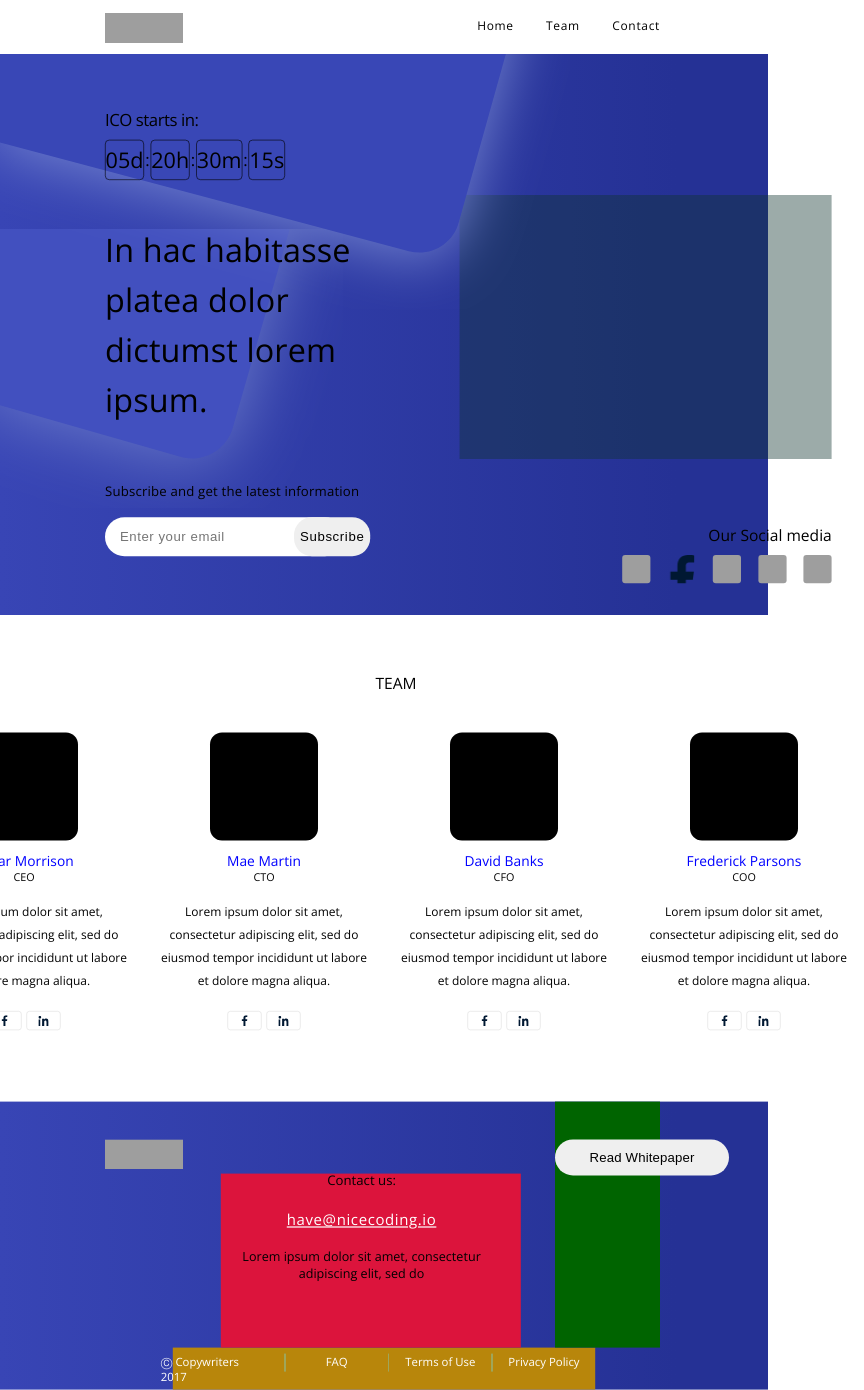
Repository: McGregorSt/newOne
Page: index.html
These files come from the project's save history. The page is drawn as it stood at one moment and after the next save; the edit follows.
The browser window is 1280 px wide. The page is 1440 px wide, so the pictures cover 1440 px, including what lies to the right of the window. The pictures show the whole page, at 60% of full size.
Pictures or frames that could not be fetched are drawn as grey boxes.

Above is the page before, as saved 2019-12-16 11:04:50.

### index.html
<!DOCTYPE html>
<html lang="en">
<head>
  <meta charset="UTF-8">
  <meta name="viewport" content="width=device-width, initial-scale=1.0">
  <meta http-equiv="X-UA-Compatible" content="ie=edge">
  <link rel="stylesheet" href="css/style.css">
  <link href="https://fonts.googleapis.com/css?family=Open+Sans:300,300i,400,400i,600,600i,700,700i,800,800i&display=swap" rel="stylesheet">
  <title>Ethworks</title>
</head>
<body>
  <div class="container">
    <section class="header">
      <div class="header__logo"></div>
      <ul class="header__menu">
        <li class="header__menu__item">Home</li>
        <li class="header__menu__item">Team</li>
        <li class="header__menu__item">Contact</li>
      </ul>
    </section>
    <section class="main">
      <div class="wrapper">
        <div class="subs">
          <div class="subs__timer">
            <span class="subs__timer__header">ICO starts in:</span>
            <div class="subs__timer__global">
              <div class="subs__timer__item">05d</div>
              <div class="subs__timer__item">:</div>
              <div class="subs__timer__item">20h</div>
              <div class="subs__timer__item">:</div>
              <div class="subs__timer__item">30m</div>
              <div class="subs__timer__item">:</div>
              <div class="subs__timer__item">15s</div>
            </div>
          </div>
          <div class="subs__article">In hac habitasse platea dolor dictumst lorem ipsum.</div>
          <div class="subs__email">
            <span class="subs__email__header">Subscribe and get the latest information</span>
            <div class="subs__email__content">
              <input type="email" class="subs__email__input" placeholder="Enter your email">
              <button type="submit" class="subs__email__button">Subscribe</button>
            </div>
          </div>
        </div>

      <div class="media">
        <div class="media__media">
          <div class="media__player"></div>
          <div class="media__social">
            <span class="media__social__header">Our Social media</span>
            <div class="media__social__items">
              <div class="media__social__tt"></div>
              <div class="media__social__fb"></div>
              <div class="media__social__md"></div>
              <div class="media__social__gh"></div>
              <div class="media__social__mail"></div>
            </div>
          </div>
        </div>
    </div>
    </div>
    <div class="subs__subs"></div>
    </section>
    <section class="team">
      <div class="team__header">TEAM</div>
      <div class="team__cards">
        <div class="team__card">
          <div class="team__card__photo"></div>
          <div class="team__card__name">Edgar Morrison</div>
          <div class="team__card__title">CEO</div>
          <div class="team__card__description">Lorem ipsum dolor sit amet, consectetur adipiscing elit, sed do eiusmod tempor incididunt ut labore et dolore magna aliqua. </div>
          <div class="team__card__social">
            <div class="card__social__fb"></div>
            <div class="card__social__in"></div>
          </div>
        </div>
        <div class="team__card">
          <div class="team__card__photo"></div>
          <div class="team__card__name">Mae Martin</div>
          <div class="team__card__title">CTO</div>
          <div class="team__card__description">Lorem ipsum dolor sit amet, consectetur adipiscing elit, sed do eiusmod tempor incididunt ut labore et dolore magna aliqua. </div>
          <div class="team__card__social">
            <div class="card__social__fb"></div>
            <div class="card__social__in"></div>
          </div>
        </div>
        <div class="team__card">
          <div class="team__card__photo"></div>
          <div class="team__card__name">David Banks</div>
          <div class="team__card__title">CFO</div>
          <div class="team__card__description">Lorem ipsum dolor sit amet, consectetur adipiscing elit, sed do eiusmod tempor incididunt ut labore et dolore magna aliqua.</div>
          <div class="team__card__social">
            <div class="card__social__fb"></div>
            <div class="card__social__in"></div>
          </div>
        </div>
        <div class="team__card">
          <div class="team__card__photo"></div>
          <div class="team__card__name">Frederick Parsons</div>
          <div class="team__card__title">COO</div>
          <div class="team__card__description">Lorem ipsum dolor sit amet, consectetur adipiscing elit, sed do eiusmod tempor incididunt ut labore et dolore magna aliqua.</div>
          <div class="team__card__social">
            <div class="card__social__fb"></div>
            <div class="card__social__in"></div>
          </div>
        </div>
      </div>
    </section>
    <section class="footer">
      <div class="footer__main">
        <div class="footer__main__logo"></div>
        <div class="footer__main__contact">
          <span>Contact us:</span>
          <span><a href="mailto:#">have@nicecoding.io</a></span>
          <span>Lorem ipsum dolor sit amet, consectetur adipiscing elit, sed do</span>
        </div>
        <div class="footer__main__whitepaper">
          <button type="submit" class="header__whitepaper__button">Read Whitepaper</button>
        </div>
      </div>
      <div class="footer__menu">
        <div class="footer__menu__item">
          <span>&#9400 Copywriters 2017</span>
        </div>
        <div class="footer__menu__separator"></div>
        <div class="footer__menu__item">
          <a href="#">FAQ</a>
        </div>
        <div class="footer__menu__separator"></div>
        <div class="footer__menu__item">
          <a href="#">Terms of Use</a>
        </div>
        <div class="footer__menu__separator"></div>
        <div class="footer__menu__item">
          <a href="#">Privacy Policy</a>
        </div>
      </div>
    </section>
  </div>
</body>
<script src="js/app.js">


</script>
</html>

### css/style.css
body {
  margin: 0;
  padding: 0;
  box-sizing: border-box;
  font-family: 'Open Sans', sans-serif;
  overflow-y: scroll;
}
/* section header */
.header {
  height: 95px;
  margin: auto;
  margin-top: -5px;
  display: flex;
  justify-content: space-between;
  align-items: center;
  padding: 0 180px;
}
.header__logo {
  width: 130px;
  height: 50px;
  background-image: url('../Assets/logo/dark.svg');
  background-size: cover;
  position: relative;
  left: -5px;
  top: 3px;
}
.header__menu {
  list-style: none;
  display: flex;
  letter-spacing: 1.1px;
  /* font-weight: 300; */
  /* justify-content: space-between; */
  font-size: 20px;
}
.header__menu__item {
  padding: 0 0 0 54px;
}

/* .wrapper {
  position: relative;
  z-index: 100;
} */
/* section main */
.main {
  height: 935px;

}
.main {
  /* background: rgb(56,69,181); */
  background: linear-gradient(90deg, rgba(56,69,181,1) 0%, rgba(37,49,149,1) 88%);

  /* background-image: url('../Assets/BG/Shape1@1x.svg');
  background-repeat: no-repeat;
  background-size: 75%;
  background-position-y: -95px;
  background-position-x: -10px;
  position: relative;
  z-index: 2; */
}
.wrapper {
  display: flex;
  position: relative;

}

.wrapper:after {
  content: "";
  width: 100%;
  height: 100%;
  background-image: url('../Assets/BG/Shape1@1x.svg');
  background-repeat: no-repeat;
  background-size: 75%;
  background-position-y: -95px;
  background-position-x: -10px;
  position: absolute;
  z-index: 10;
  /* filter: url('../Assets/BG/Shape1@1x.svg#filter-2')  */
}

.subs {

  width: 50%;
  font-size: 28px;
  display: flex;
  flex-direction: column;
  padding: 90px 0 60px 175px;
  position: relative;
  z-index: 99;
}
.subs__subs {
  /* width: 50%; */
  height: 800px;
  background-image: url('../Assets/BG/Shape2@1x.svg');
  background-size: 47%;
  top: -730px;
  left: -200px;
  background-position-y: -260px;
  background-position-x: 170px;
  background-repeat: no-repeat;
  position: relative;
  z-index: 1;
  /* filter: url('../Assets/BG/Shape2@1x.svg#filter-2') */
}
.subs__timer {
  /* background-color: thistle; */
  position: relative;
  z-index: 1;
}
.subs__timer__header {
  letter-spacing: -0.8px;
}
.subs__timer__global {
  width: 56.4%;
  display: flex;
  justify-content: space-between;
  padding: 15px 0 40px 0 ;
}
.subs__timer__item {
  width: 88px;
  height: 65px;
  display: flex;
  justify-content: center;
  align-items: center;
}
.subs__timer__item:nth-child(2n+2) {

}
.subs__timer__item:nth-child(2n+1) {
  width: 40%;
  border: 1px solid #000;
  font-size: 36px;
  border-radius: 7px;
}
.subs__article {
  font-size: 54px;
  letter-spacing: 0.2px;
  line-height: 83px;
  padding: 35px 0;
  /* background-color: wheat; */

}
.subs__email {
  /* background-color: yellow; */
  display: flex;
  flex-direction: column;
  font-size: 22px;
  letter-spacing: 0.3px;
  padding: 60px 0;
}
.subs__email__content {
  /* background-color: yellowgreen; */
  height: 100px;
  padding: 30px 0;
}
.subs__email__input {
  height: 63%;
  width: 70%;
  border-radius: 40px;
  font-size: 22px;
  padding-left: 25px;
  letter-spacing: 0.9px;
  outline: none;
  border: 0;
}
.subs__email__input::placeholder {
  /* padding-left: 25px; */
}
.subs__email__button {
  height: 65%;
  width: 24%;
  margin-left: -90px;
  font-size: 22px;
  letter-spacing: 1.05px;
  border: 0;
  border-radius: 30px;
}

.media {
  /* height: 80%; */
  width: 50%;
  /* background-color: tomato; */
}
.media__media {
  height: 100%;
  /* display: flex;
  flex-direction: column; */
  /* justify-content: space-around; */
  padding: 235px 0 0 60px;
}
.media__player {
  width: 620px;
  height: 440px;
  background-color: rgba(15, 51, 47, 0.411);
}
.media__social {
  width: 620px;
  height: 23%;
  display: flex;
  flex-direction: column;
  align-items: flex-end;
  justify-content: center;
  /* background-color: orangered; */
}
.media__social__header {
  font-size: 26px;
  padding: 80px 0 16px 0;

}
.media__social__items {
  width: 56.3%;
  display: flex;
  justify-content: space-between;
}
div.media__social__items > div {
  width: 47px;
  height: 47px;
  /* background-color: olivedrab; */
  border-radius: 5px;
}
.media__social__tt {
  background-image: url('../Assets/Social icons/Twitter@1x.svg');
  background-size: cover;
}
.media__social__fb {
  background-image: url('../Assets/Social icons/Facebook@1x.svg');
  background-size: cover;
}
.media__social__md {
  background-image: url('../Assets/Social icons/Medium@1x.svg');
  background-size: cover;
}
.media__social__gh {
  background-image: url('../Assets/Social icons/Github@1x.svg');
  background-size: cover;
}
.media__social__mail {
  background-image: url('../Assets/Social icons/Telegram@1x.svg');
  background-size: cover;
}


/*
section team
*/

.team {
  display: flex;
  flex-direction: column;
  align-items: center;
  padding: 95px 0 50px 0;
}
.team__header {
  font-size: 26px;
  position: relative;
  left: 20px;
}
.team__cards {
  display: flex;
  justify-content: space-between;
  padding: 60px 0;
}
.team__card {
  height: 500px;
  width: 360px;
  display: flex;
  flex-direction: column;
  justify-content: space-between;
  align-items: center;
  margin: 0 10px;
  /* background-color: palegreen; */
  padding: 5px 10px
}
.team__card__photo {
  width: 180px;
  height: 180px;
  border-radius: 20px;
  background-color: black;

}
.team__card__name {
  font-size: 23px;
  color: blue;
  /* position: relative;
  top: -10px; */
}
.team__card__title {
  font-size: 18px;
  position: relative;
  top: -20px;
}
.team__card__description {
  font-size: 20px;
  text-align: center;
  line-height: 38px;
  position: relative;
  top: -10px;
  padding: 0 5px;
}
.team__card__social {
  display: flex;
  justify-content: space-between;
}
.team__card__social > * {
  width: 55px;
  height: 30px;
  border: 1px solid #ddd;
  border-radius: 5px;
  margin: 4px;
}
.card__social__fb {
  background-image: url('../Assets//Profil/Facebook@1x.svg');
  background-position: center center;
  background-size:20%;

  background-repeat: no-repeat;
}
.card__social__in {
  background-image: url('../Assets//Profil/linkedin@1x.svg');
  background-position: center center;
  background-size:30%;
  background-repeat: no-repeat;

}




/*
section footer
*/

.footer {
  /* display: flex;
  flex-direction: column;
  align-items: center; */
  background: linear-gradient(90deg, rgba(56,69,181,1) 0%, rgba(37,49,149,1) 88%);
}
.footer__main {
  height: 410px;
  display: flex;
  justify-content: space-between;
  padding: 0 180px;
}

/* .footer__header {
  height: 123px;
  width: 100%;
  background-color: cornflowerblue;
  display: flex;
  justify-content: space-between;
  align-items: center;
} */
.footer__main__logo {
  width: 10%;
  margin-top: 60px;
  width: 130px;
  height: 50px;
  background-image: url('../Assets/logo/Light.svg');
  background-size: cover;
  position: relative;
  left: -5px;
  top: 3px;

}
.footer__main__contact {
  width: 500px;
  height: 290px;
  background-color: crimson;
  align-self: flex-end;
  display: flex;
  flex-direction: column;
  align-items: center;
}
.footer__main__whitepaper {
  width: 19%;
  background-color: darkgreen;
  padding-top: 33px;
}
.footer__menu {
  height: 60px;
  background-color: darkgoldenrod;
  width:55%;
  margin: auto;
  font-size: 19px;
  display: flex;
  justify-content: space-between;
  padding-top: 10px;
}
.header__whitepaper__button {
  height: 60px;
  width: 290px;
  font-size: 22px;
  letter-spacing: 0.25px;
  border: 0;
  border-radius: 30px;
  position: relative;
  top: 30px;
}
.footer__main__contact > span {
  margin-bottom: 40px;
  font-size: 22px;
  text-align: center;
  position: relative;
  top: -5px;
  left: -15px;
}
.footer__main__contact > span > a {
  font-size: 25px;
  color: #fff;
  letter-spacing: 1px;
  position: relative;
  top: -6px;
}
.footer__main__contact > span:last-child {
  font-size: 21px;
  top: -20px;
}
.footer__menu {

}
.footer__menu__item {
  width: 25%;
  display: flex;
  justify-content: center;
  color: #fff;
}
.footer__menu__item > a {
  text-decoration: none;
  color: #fff;
}
.footer__menu__item:first-child {
  padding-right: 35px;
  margin-left: -20px;

}
.footer__menu__separator {
  width: 2px;
  height: 30px;
  background-color: darkseagreen;
}

### js/app.js
let chi = document.querySelectorAll('.subs__timer__global:nth-child(2n+1)')
console.log(chi)

### Assets/BG/Shape1@1x.svg
<?xml version="1.0" encoding="UTF-8"?>
<svg width="1072px" height="582px" viewBox="0 0 1072 582" version="1.1" xmlns="http://www.w3.org/2000/svg" xmlns:xlink="http://www.w3.org/1999/xlink">
    <!-- Generator: Sketch 47.1 (45422) - http://www.bohemiancoding.com/sketch -->
    <title>BG/Shape1@1x</title>
    <desc>Created with Sketch.</desc>
    <defs>
        <path d="M982.285156,102 L982.285156,370.03125 L210.193802,575.356423 L210.193802,575.356423 C169.990097,586.047947 128.661819,562.429109 117.465781,522.362973 L-9.09494702e-13,102 L982.285156,102 Z" id="path-1"></path>
        <filter x="-16.7%" y="-32.3%" width="133.5%" height="169.1%" filterUnits="objectBoundingBox" id="filter-2">
            <feOffset dx="0" dy="11" in="SourceAlpha" result="shadowOffsetOuter1"></feOffset>
            <feGaussianBlur stdDeviation="53" in="shadowOffsetOuter1" result="shadowBlurOuter1"></feGaussianBlur>
            <feColorMatrix values="0 0 0 0 0.164705882   0 0 0 0 0.219607843   0 0 0 0 0.615686275  0 0 0 1 0" type="matrix" in="shadowBlurOuter1"></feColorMatrix>
        </filter>
    </defs>
    <g id="Page-1" stroke="none" stroke-width="1" fill="none" fill-rule="evenodd">
        <g id="FRONTENT-ZADANIE2">
            <g id="//BG" transform="translate(0.000000, -102.000000)">
                <g id="header-bg">
                    <g id="Rectangle">
                        <g id="BG/Shape1" transform="translate(491.142578, 339.963586) scale(-1, 1) translate(-491.142578, -339.963586) ">
                            <use fill="black" fill-opacity="1" filter="url(#filter-2)" xlink:href="#path-1"></use>
                            <use fill="#3947B6" fill-rule="evenodd" xlink:href="#path-1"></use>
                        </g>
                    </g>
                </g>
            </g>
        </g>
    </g>
</svg>

After the next save:
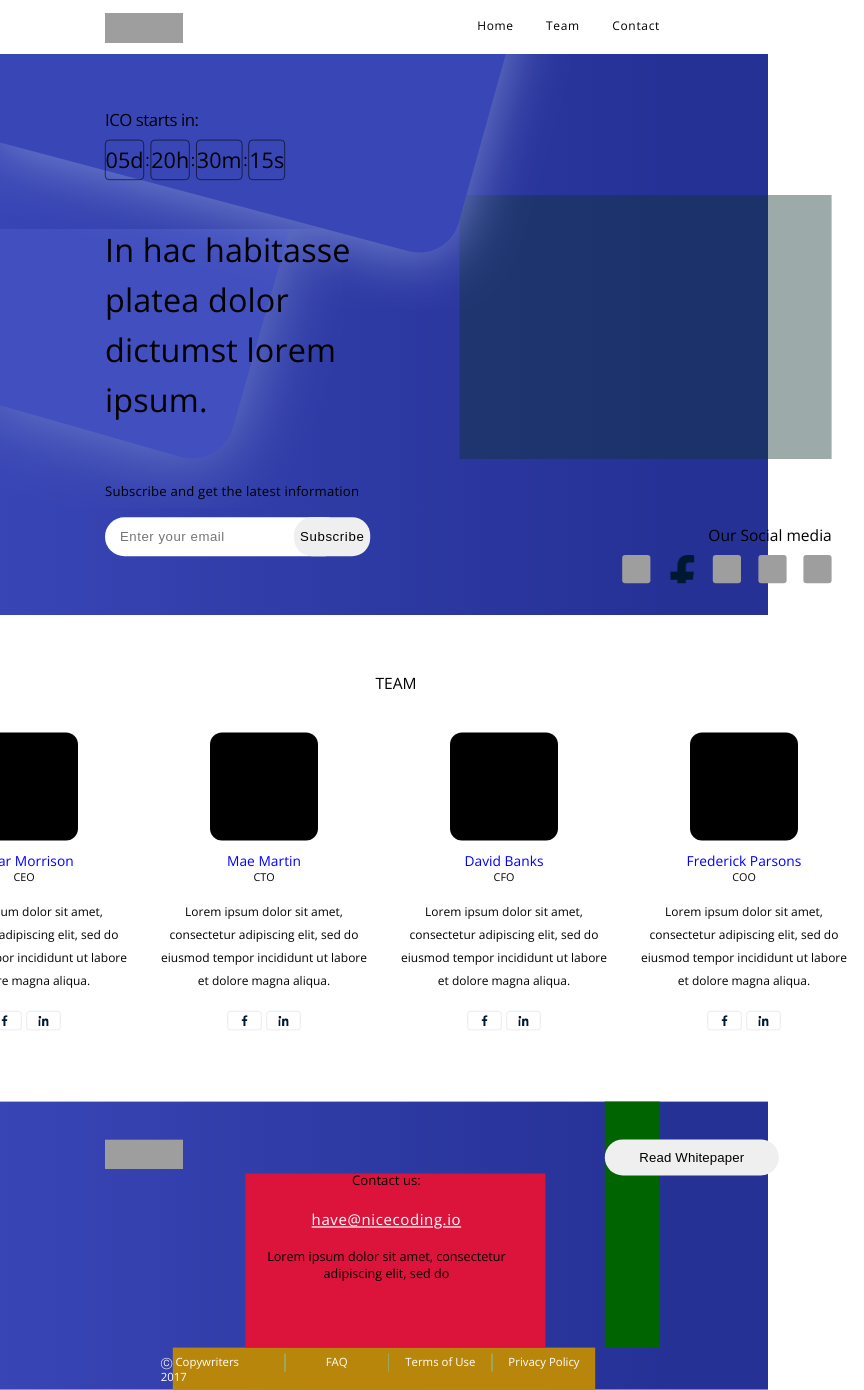
Saved 23 s later.
--- a/css/style.css
+++ b/css/style.css
@@ -372,7 +372,7 @@
   align-items: center;
 }
 .footer__main__whitepaper {
-  width: 19%;
+  width: 10%;
   background-color: darkgreen;
   padding-top: 33px;
 }

After the save that followed:
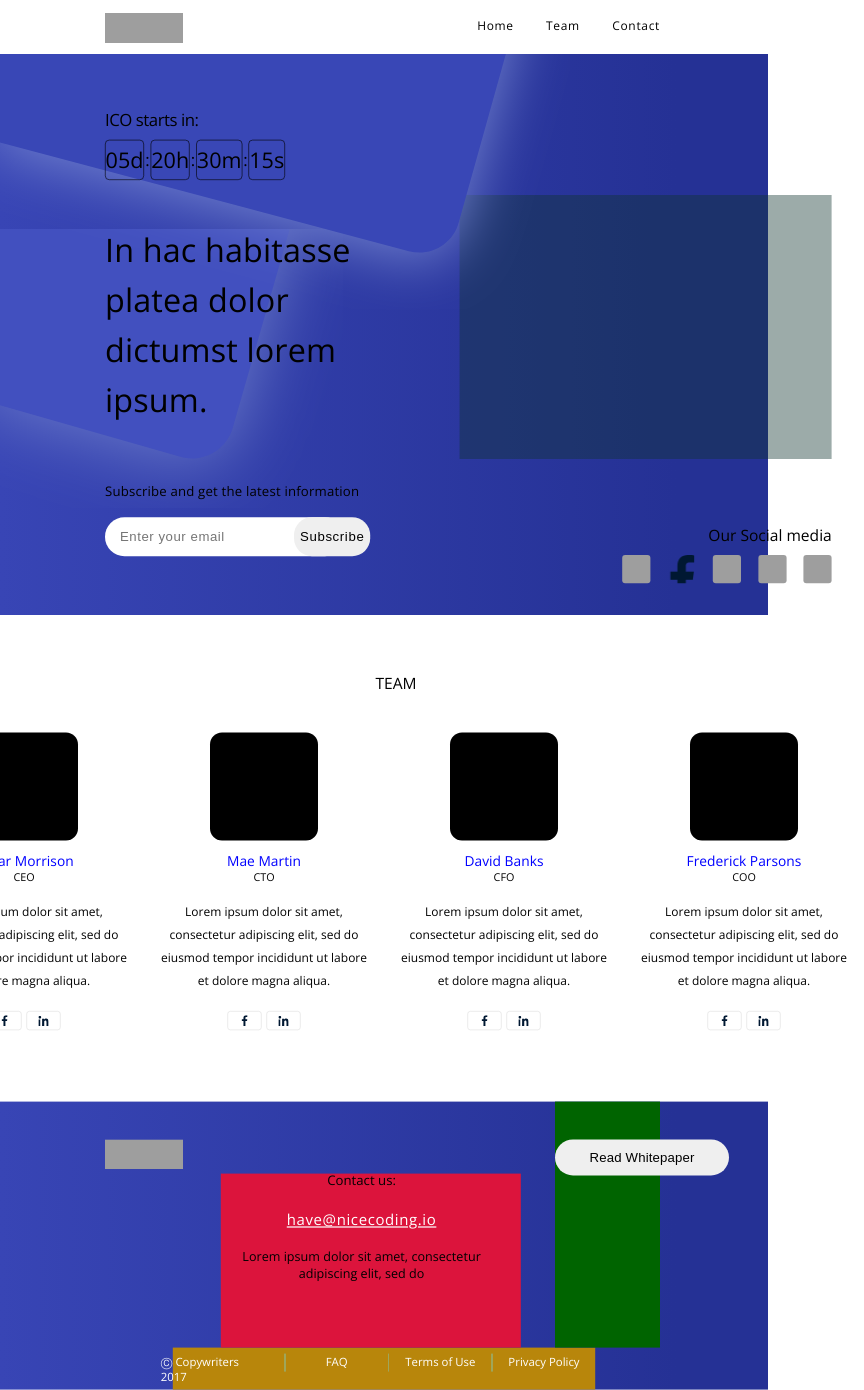
Saved 5 s later.
--- a/css/style.css
+++ b/css/style.css
@@ -372,7 +372,7 @@
   align-items: center;
 }
 .footer__main__whitepaper {
-  width: 10%;
+  width: 19%;
   background-color: darkgreen;
   padding-top: 33px;
 }
